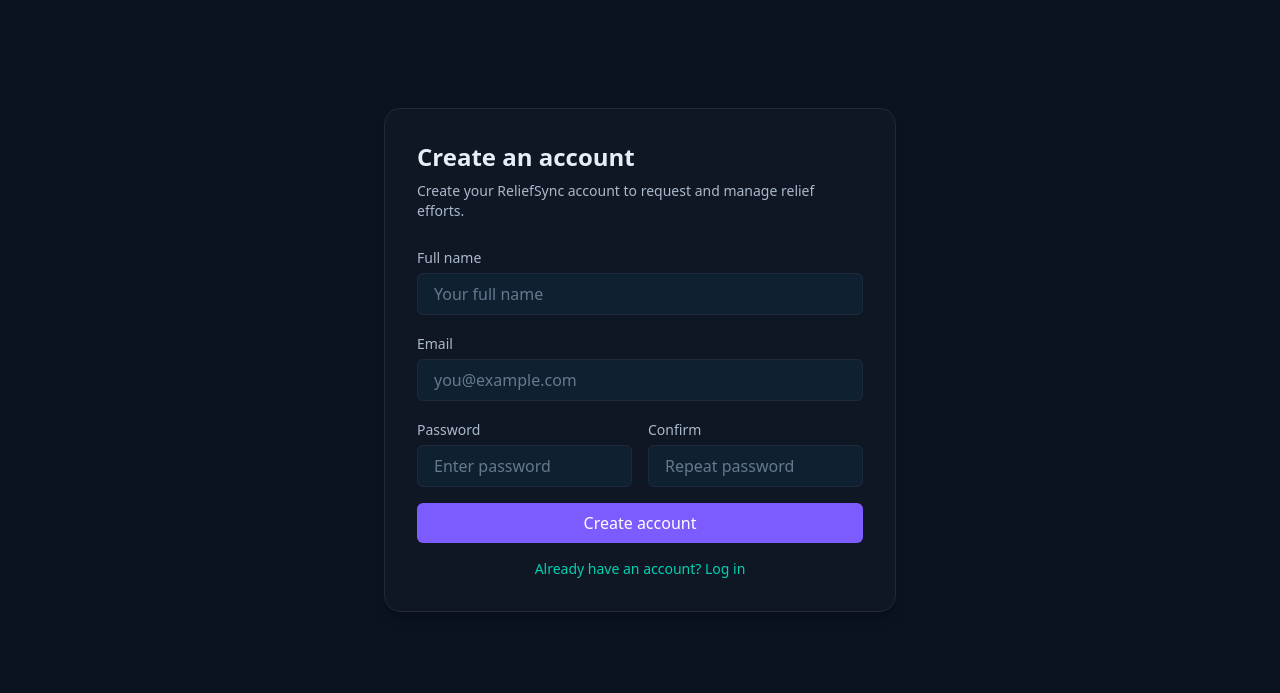
Repository: Gazal1116/Reliefsync
Page: /request (app in Frontend/)
These files come from the project's save history. The page is drawn as it stood at one moment and after the next save; the edit follows.
The browser window is 1280 px wide. The pictures show the whole page.
The project was rebuilt for these pictures with package versions that can differ from the ones it lists, and the page was loaded fresh each time. Also part of the build but not shown: Frontend/vite.config.js.

Above is the page before, as saved 2026-03-02 22:06:47.

### Frontend/index.html
<!doctype html>
<html lang="en">
  <head>
    <meta charset="UTF-8" />
    <link rel="icon" type="image/svg+xml" href="/vite.svg" />
    <meta name="viewport" content="width=device-width, initial-scale=1.0" />
    <title>reliefsync</title>
  </head>
  <body>
    <div id="root"></div>
    <script type="module" src="/src/main.jsx"></script>
  </body>
</html>

### Frontend/src/index.css
@tailwind base;
@tailwind components;
@tailwind utilities;

:root {
	--bg: #0B1220;
	--surface: #0F1724;
	--elev: #0F2030;
	--primary: #7C5CFF;
	--primary-fg: #FFFFFF;
	--accent: #00D1B2;
	--border: #1E293B;
	--text-high: #E6EEF8;
	--text-mid: #AAB9CC;
	--text-low: #66788F;
	--success: #22C55E;
	--warning: #F59E0B;
	--error: #EF4444;
}

html, body, #root {
	height: 100%;
}

body {
	background-color: var(--bg);
	color: var(--text-high);
	-webkit-font-smoothing: antialiased;
	-moz-osx-font-smoothing: grayscale;
}

/* Form element defaults for dark theme */
input, textarea, select {
	background-color: var(--elev);
	color: var(--text-high);
	border: 1px solid var(--border);
}

input::placeholder, textarea::placeholder {
	color: var(--text-low);
}

.btn-primary {
	background-color: var(--primary);
	color: var(--primary-fg);
}

.link-accent {
	color: var(--accent);
}

.card-surface {
	background-color: var(--surface);
	border: 1px solid var(--border);
}

### Frontend/src/App.jsx
import Register from './components/register';

function App() {
  return (
    <div>
      <Register />
    </div>
  );
}

export default App;

### Frontend/src/components/register.jsx
import React, { useState } from 'react';

export default function Register() {
	const [form, setForm] = useState({ name: '', email: '', password: '', confirm: '' });
	const [error, setError] = useState('');
	const [loading, setLoading] = useState(false);

	const handleChange = (e) => setForm({ ...form, [e.target.name]: e.target.value });

	const handleSubmit = async (e) => {
		e.preventDefault();
		setError('');
		if (!form.name || !form.email || !form.password) {
			setError('Please fill all required fields.');
			return;
		}
		if (form.password !== form.confirm) {
			setError('Passwords do not match.');
			return;
		}
		setLoading(true);
		try {
			// TODO: replace with real API call to backend
			console.log('Register payload', form);
			await new Promise((r) => setTimeout(r, 700));
			// success flow (redirect or toast) goes here
		} catch (err) {
			setError('Registration failed. Please try again.');
		} finally {
			setLoading(false);
		}
	};

	return (
		<main className="min-h-screen flex items-center justify-center px-4 py-12">
			<section className="w-full max-w-lg card-surface rounded-2xl p-8 shadow-lg">
				<header>
					<h1 className="text-2xl font-semibold" style={{ color: 'var(--text-high)' }}>Create an account</h1>
					<p className="mt-2 text-sm" style={{ color: 'var(--text-mid)' }}>
						Create your ReliefSync account to request and manage relief efforts.
					</p>
				</header>

				<form className="mt-6" onSubmit={handleSubmit} noValidate>
					<div className="space-y-4">
						<label className="block">
							<span className="text-sm" style={{ color: 'var(--text-mid)' }}>Full name</span>
							<input
								name="name"
								value={form.name}
								onChange={handleChange}
								placeholder="Your full name"
								aria-label="Full name"
								className="mt-1 w-full rounded-md px-4 py-2 focus:outline-none focus:ring-2"
								style={{ backgroundColor: 'var(--elev)', borderColor: 'var(--border)', color: 'var(--text-high)' }}
								required
							/>
						</label>

						<label className="block">
							<span className="text-sm" style={{ color: 'var(--text-mid)' }}>Email</span>
							<input
								name="email"
								type="email"
								value={form.email}
								onChange={handleChange}
								placeholder="you@example.com"
								aria-label="Email address"
								className="mt-1 w-full rounded-md px-4 py-2 focus:outline-none focus:ring-2"
								style={{ backgroundColor: 'var(--elev)', borderColor: 'var(--border)', color: 'var(--text-high)' }}
								required
							/>
						</label>

						<div className="grid grid-cols-1 md:grid-cols-2 gap-4">
							<label className="block">
								<span className="text-sm" style={{ color: 'var(--text-mid)' }}>Password</span>
								<input
									name="password"
									type="password"
									value={form.password}
									onChange={handleChange}
									placeholder="Enter password"
									aria-label="Password"
									className="mt-1 w-full rounded-md px-4 py-2 focus:outline-none focus:ring-2"
									style={{ backgroundColor: 'var(--elev)', borderColor: 'var(--border)', color: 'var(--text-high)' }}
									required
								/>
							</label>

							<label className="block">
								<span className="text-sm" style={{ color: 'var(--text-mid)' }}>Confirm</span>
								<input
									name="confirm"
									type="password"
									value={form.confirm}
									onChange={handleChange}
									placeholder="Repeat password"
									aria-label="Confirm password"
									className="mt-1 w-full rounded-md px-4 py-2 focus:outline-none focus:ring-2"
									style={{ backgroundColor: 'var(--elev)', borderColor: 'var(--border)', color: 'var(--text-high)' }}
									required
								/>
							</label>
						</div>

						{error && (
							<div role="alert" className="text-sm" style={{ color: 'var(--error)' }}>
								{error}
							</div>
						)}

						<button
							type="submit"
							className="w-full py-2 rounded-md btn-primary mt-1 disabled:opacity-70"
							disabled={loading}
						>
							{loading ? 'Creating...' : 'Create account'}
						</button>

						<div className="text-center text-sm mt-3">
							<a href="/login" className="link-accent hover:underline" style={{ color: 'var(--accent)' }}>
								Already have an account? Log in
							</a>
						</div>
					</div>
				</form>
			</section>
		</main>
	);
}

Loaded but not shown: Frontend/src/main.jsx (common file); Frontend/tailwind.config.js (common file)

After the next save:
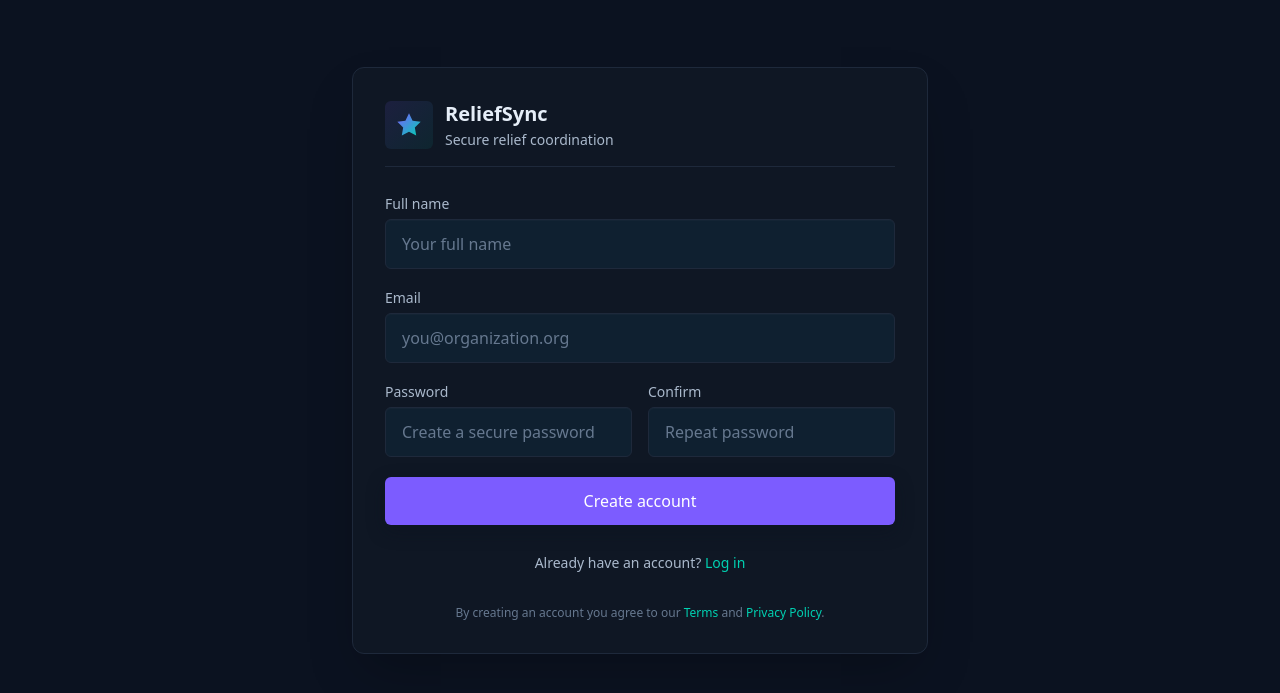
Saved 2 min 13 s later.
--- a/Frontend/src/components/register.jsx
+++ b/Frontend/src/components/register.jsx
@@ -33,16 +33,30 @@ export default function Register() {
 
 	return (
 		<main className="min-h-screen flex items-center justify-center px-4 py-12">
-			<section className="w-full max-w-lg card-surface rounded-2xl p-8 shadow-lg">
-				<header>
-					<h1 className="text-2xl font-semibold" style={{ color: 'var(--text-high)' }}>Create an account</h1>
-					<p className="mt-2 text-sm" style={{ color: 'var(--text-mid)' }}>
-						Create your ReliefSync account to request and manage relief efforts.
-					</p>
-				</header>
+			<section className="w-full max-w-xl card-surface rounded-xl p-8 shadow-2xl" style={{ borderRadius: 12 }}>
+				{/* header with logo */}
+				<div className="flex items-center gap-3 mb-4">
+					<div className="flex items-center justify-center rounded-md" style={{ width: 48, height: 48, background: 'linear-gradient(135deg, rgba(124,92,255,0.12), rgba(0,209,178,0.08))' }}>
+						<svg width="28" height="28" viewBox="0 0 24 24" fill="none" xmlns="http://www.w3.org/2000/svg" aria-hidden>
+							<path d="M12 2L15.09 8.26L22 9.27L17 14.14L18.18 21.02L12 17.77L5.82 21.02L7 14.14L2 9.27L8.91 8.26L12 2Z" fill="url(#g)" />
+							<defs>
+								<linearGradient id="g" x1="0" x2="1" y1="0" y2="1">
+									<stop offset="0" stopColor="#7C5CFF" />
+									<stop offset="1" stopColor="#00D1B2" />
+								</linearGradient>
+							</defs>
+						</svg>
+					</div>
+					<div>
+						<h2 className="text-xl font-semibold" style={{ color: 'var(--text-high)' }}>ReliefSync</h2>
+						<p className="text-sm mt-0.5" style={{ color: 'var(--text-mid)' }}>Secure relief coordination</p>
+					</div>
+				</div>
+
+				<hr className="border-t" style={{ borderColor: 'var(--border)' }} />
 
 				<form className="mt-6" onSubmit={handleSubmit} noValidate>
-					<div className="space-y-4">
+					<div className="grid gap-4">
 						<label className="block">
 							<span className="text-sm" style={{ color: 'var(--text-mid)' }}>Full name</span>
 							<input
@@ -51,8 +65,8 @@ export default function Register() {
 								onChange={handleChange}
 								placeholder="Your full name"
 								aria-label="Full name"
-								className="mt-1 w-full rounded-md px-4 py-2 focus:outline-none focus:ring-2"
-								style={{ backgroundColor: 'var(--elev)', borderColor: 'var(--border)', color: 'var(--text-high)' }}
+								className="mt-1 w-full rounded-md px-4 py-3 focus:outline-none focus:ring-2 transition-shadow"
+								style={{ backgroundColor: 'var(--elev)', borderColor: 'var(--border)', color: 'var(--text-high)', boxShadow: 'inset 0 1px 0 rgba(255,255,255,0.02)' }}
 								required
 							/>
 						</label>
@@ -64,10 +78,10 @@ export default function Register() {
 								type="email"
 								value={form.email}
 								onChange={handleChange}
-								placeholder="you@example.com"
+								placeholder="you@organization.org"
 								aria-label="Email address"
-								className="mt-1 w-full rounded-md px-4 py-2 focus:outline-none focus:ring-2"
-								style={{ backgroundColor: 'var(--elev)', borderColor: 'var(--border)', color: 'var(--text-high)' }}
+								className="mt-1 w-full rounded-md px-4 py-3 focus:outline-none focus:ring-2 transition-shadow"
+								style={{ backgroundColor: 'var(--elev)', borderColor: 'var(--border)', color: 'var(--text-high)', boxShadow: 'inset 0 1px 0 rgba(255,255,255,0.02)' }}
 								required
 							/>
 						</label>
@@ -80,10 +94,10 @@ export default function Register() {
 									type="password"
 									value={form.password}
 									onChange={handleChange}
-									placeholder="Enter password"
+									placeholder="Create a secure password"
 									aria-label="Password"
-									className="mt-1 w-full rounded-md px-4 py-2 focus:outline-none focus:ring-2"
-									style={{ backgroundColor: 'var(--elev)', borderColor: 'var(--border)', color: 'var(--text-high)' }}
+									className="mt-1 w-full rounded-md px-4 py-3 focus:outline-none focus:ring-2 transition-shadow"
+									style={{ backgroundColor: 'var(--elev)', borderColor: 'var(--border)', color: 'var(--text-high)', boxShadow: 'inset 0 1px 0 rgba(255,255,255,0.02)' }}
 									required
 								/>
 							</label>
@@ -97,8 +111,8 @@ export default function Register() {
 									onChange={handleChange}
 									placeholder="Repeat password"
 									aria-label="Confirm password"
-									className="mt-1 w-full rounded-md px-4 py-2 focus:outline-none focus:ring-2"
-									style={{ backgroundColor: 'var(--elev)', borderColor: 'var(--border)', color: 'var(--text-high)' }}
+									className="mt-1 w-full rounded-md px-4 py-3 focus:outline-none focus:ring-2 transition-shadow"
+									style={{ backgroundColor: 'var(--elev)', borderColor: 'var(--border)', color: 'var(--text-high)', boxShadow: 'inset 0 1px 0 rgba(255,255,255,0.02)' }}
 									required
 								/>
 							</label>
@@ -112,17 +126,21 @@ export default function Register() {
 
 						<button
 							type="submit"
-							className="w-full py-2 rounded-md btn-primary mt-1 disabled:opacity-70"
+							className="w-full py-3 rounded-md mt-1 flex items-center justify-center gap-2"
+							style={{ backgroundColor: 'var(--primary)', color: 'var(--primary-fg)', boxShadow: '0 6px 18px rgba(12,17,31,0.45)', transition: 'transform .12s ease' }}
 							disabled={loading}
+							aria-busy={loading}
 						>
-							{loading ? 'Creating...' : 'Create account'}
+							<span className="font-medium">{loading ? 'Creating account…' : 'Create account'}</span>
 						</button>
 
-						<div className="text-center text-sm mt-3">
-							<a href="/login" className="link-accent hover:underline" style={{ color: 'var(--accent)' }}>
-								Already have an account? Log in
-							</a>
+						<div className="text-center text-sm mt-3" style={{ color: 'var(--text-mid)' }}>
+							Already have an account? <a href="/login" className="link-accent font-medium" style={{ color: 'var(--accent)' }}>Log in</a>
 						</div>
+
+						<p className="text-xs text-center mt-4" style={{ color: 'var(--text-low)' }}>
+							By creating an account you agree to our <a href="#" className="link-accent">Terms</a> and <a href="#" className="link-accent">Privacy Policy</a>.
+						</p>
 					</div>
 				</form>
 			</section>
